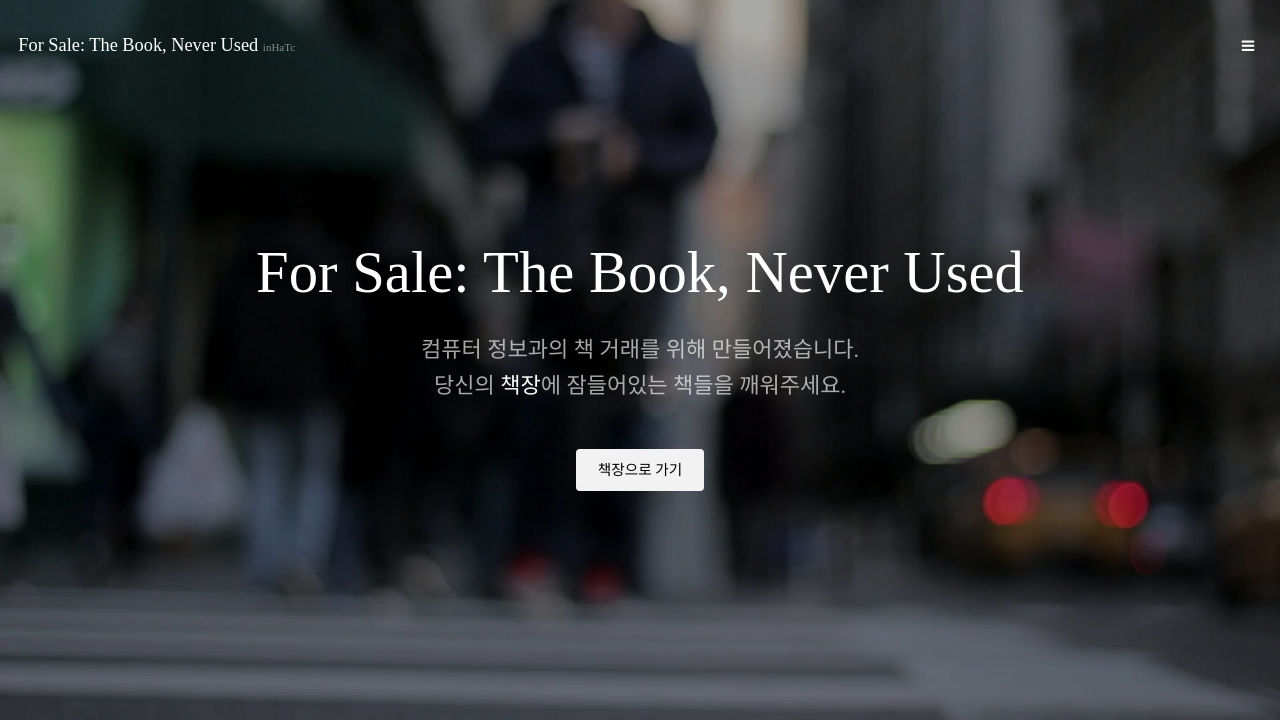
Repository: charmingjae/swproject
Page: http://localhost/bookBoard/templated-transitive/index.jsp
The author's editor kept a copy of each file at every save. The page is drawn from the files as they stood at one save, then again after the next save.
The browser window is 1280 px wide. The pictures show the whole page.
Some web fonts or font styles are not loaded; a fallback is used. The page is served by Tomcat 9. Queries for data that is not in the repository find no rows.

Above is the page before, as saved 2019-12-14 10:49:12.

After the next save:
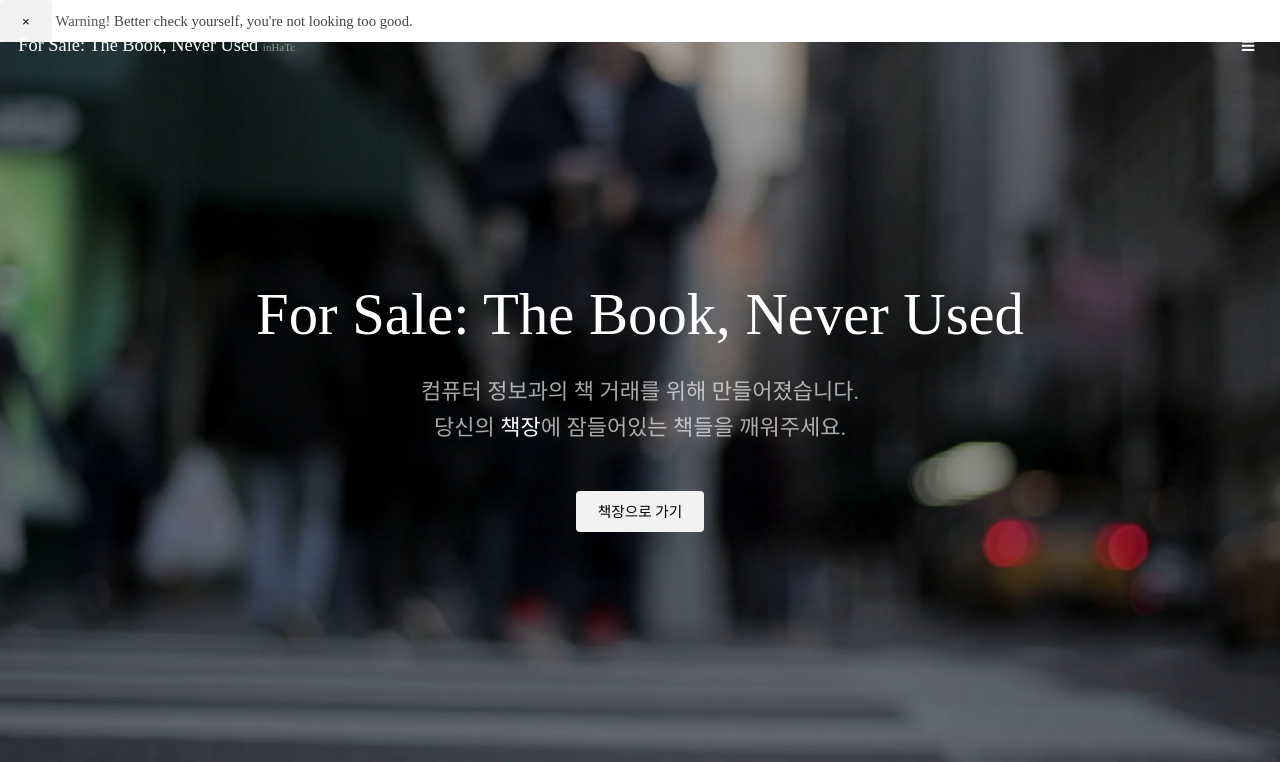
Saved 11 min 46 s later.
--- a/JSP/bookBoard/bookBoard/WebContent/templated-transitive/index.jsp
+++ b/JSP/bookBoard/bookBoard/WebContent/templated-transitive/index.jsp
@@ -18,6 +18,11 @@
 				<div class="logo"><a href="index.jsp">For Sale: The Book, Never Used <span>inHaTc</span></a></div>
 				<a href="#menu" class="toggle"><span>Menu</span></a>
 			</header>
+
+			<div class="alert alert-warning alert-dismissible" role="alert">
+  <button type="button" class="close" data-dismiss="alert" aria-label="Close"><span aria-hidden="true">&times;</span></button>
+  <strong>Warning!</strong> Better check yourself, you're not looking too good.
+</div>
 
 		<!-- Nav -->
 			<nav id="menu">
